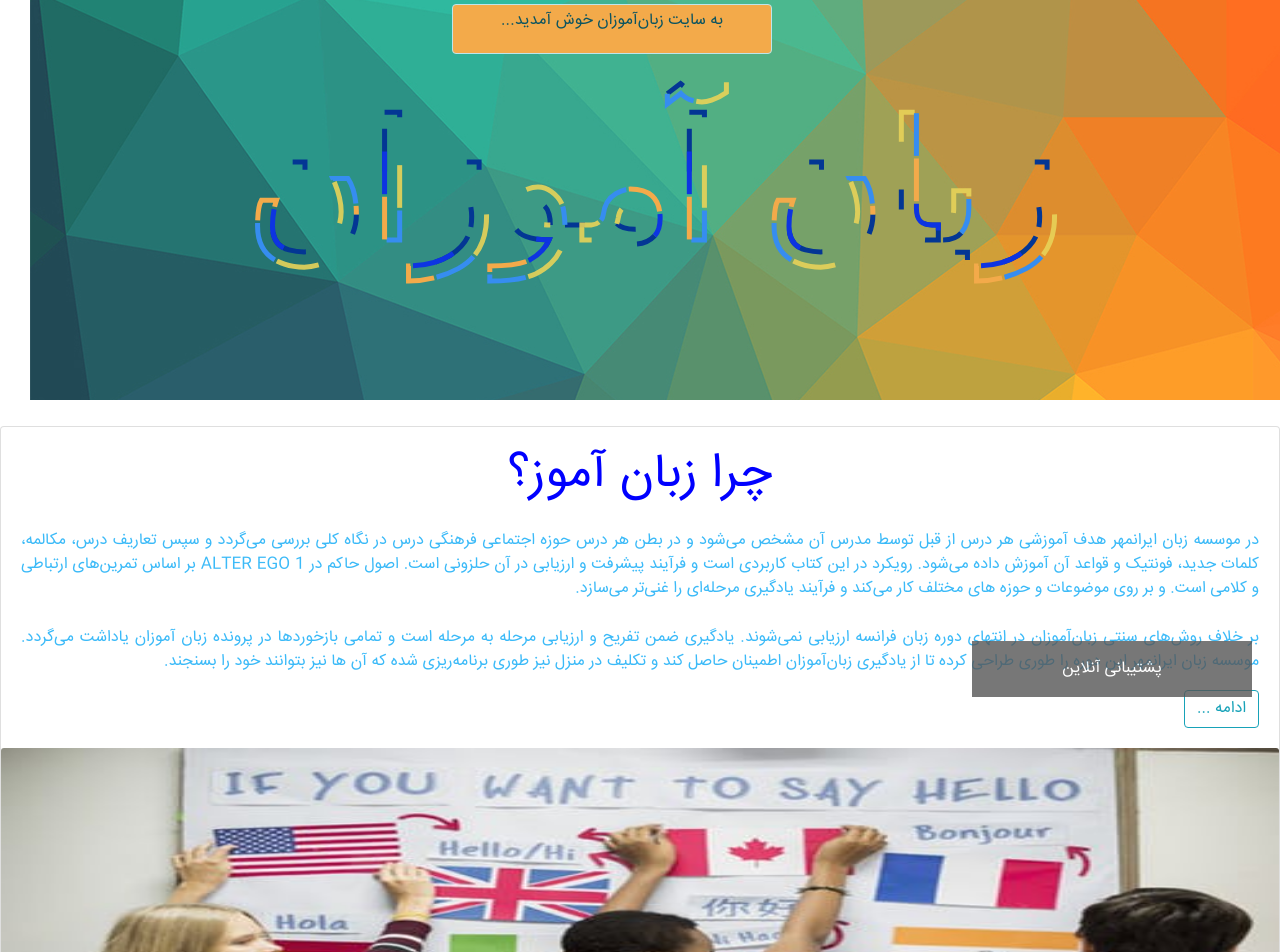
Repository: nikmahla/ZabanAmozan
Page: LanguageWebSite.html
These files come from the project's save history. The page is drawn as it stood at one moment and after a run of saves; the edit follows.
The browser window is 1280 px wide. The pictures show the part of the page from y = 0 to 952 px (the page is 3961 px tall).
A picture or video elsewhere on the page could not be fetched, so the positions and the page height are approximate.

Above is the page before, as saved 2019-10-11 22:14:35.
Console error: TypeError: $(...).mouseenterick is not a function

### LanguageWebSite.html
<html lang="en">

<head>
    <meta charset="UTF-8">
    <meta name="viewport" content="width=device-width, initial-scale=1.0">
    <meta http-equiv="X-UA-Compatible" content="ie=edge">
    <link rel="stylesheet" href="css/bootstrap.css">
    <link rel="stylesheet" href="css/stylesheet.css">
    <link rel="shortcut icon" href="images/fav.jpg" title="favicon">
    <script src="jquery.min.js"></script>
    <title>Learn New Language</title>
</head>

<body class="container-fluid">

    <div class="row bg-image">
        <svg viewBox="0 0 960 300">
            <symbol id="s-text">
                <text text-anchor="middle" x="50%" y="80%"> زبان آموزان</text>
            </symbol>

            <g class="g-ants">
                <use xlink:href="#s-text" class="text-copy"></use>
                <use xlink:href="#s-text" class="text-copy"></use>
                <use xlink:href="#s-text" class="text-copy"></use>
                <use xlink:href="#s-text" class="text-copy"></use>
                <use xlink:href="#s-text" class="text-copy"></use>
            </g>
        </svg>
    </div>

    <div id="alert" class="alert alert-info p-1 m-1">
        <p class="text-center">به سایت زبان‌آموزان خوش آمدید...</p>
    </div>

    <div class="row">
        <div class="card  " style="margin-top: 2%">
            <div class="card-body">
                <h5 class="card-title card-title-me"> چرا زبان آموز؟ </h5>
                <p class="card-body-me">در موسسه زبان ایرانمهر هدف آموزشی هر درس از قبل توسط مدرس آن مشخص می‌شود و در
                    بطن هر
                    درس حوزه اجتماعی فرهنگی درس در نگاه کلی بررسی می‌گردد و سپس تعاریف درس، مکالمه، کلمات جدید، فونتیک و
                    قواعد آن آموزش داده می‌شود. رویکرد در این کتاب کاربردی است و فرآیند پیشرفت و ارزیابی در آن حلزونی
                    است.
                    اصول حاکم در ALTER EGO 1 بر اساس تمرین‌های ارتباطی و کلامی است. و بر روی موضوعات و حوزه های مختلف
                    کار
                    می‌کند و فرآیند یادگیری مرحله‌‌ای را غنی‌تر می‌سازد.</p>
                <p class="card-body-me">
                    بر خلاف روش‌های سنتی زبان‌آموزان در انتهای دوره زبان فرانسه ارزیابی نمی‌شوند. یادگیری ضمن تفریح و
                    ارزیابی مرحله به مرحله است و تمامی بازخوردها در پرونده زبان آموزان یاداشت می‌گردد. موسسه زبان
                    ایرانمهر
                    این دوره را طوری طراحی کرده تا از یادگیری زبان‌آموزان اطمینان حاصل کند و تکلیف در منزل نیز طوری
                    برنامه‌ریزی شده که آن ها نیز بتوانند خود را بسنجند.
                </p>
                <button type="button" class="btn btn-outline-info">ادامه ...</button>

            </div>
            <img src="./images/fl031.jpg" class="card-img-top card-img" alt="">
        </div>
    </div>


    <div class="row ">
        <div class="col-md-6">
            <div class="videoplay ">
                <video class="img-fluid" autoplay="" loop="" playsinline="" muted="">
                    <source type="video/mp4" src="images/class03.mp4">
                </video>
            </div>
        </div>
        <div class="col-md-6 ">
            <h3 class="text-class">
                1.زمان مد نظرتو انتخاب کن
            </h3>
        </div>
    </div>

    <div class="row ">
        <div class="col-md-6 ">
            <h3 class="text-class">
                2.کلاستو انتخاب کن
            </h3>
        </div>
        <div class="col-md-6">
            <div class="videoplay ">
                <video class="img-fluid" autoplay="" loop="" playsinline="" muted="">
                    <source type="video/mp4" src="images/class031.mp4">
                </video>
            </div>
        </div>
    </div>

    <div class="row ">
        <div class="col-md-6">
            <div class="videoplay ">
                <video class="img-fluid" autoplay="" loop="" playsinline="" muted="">
                    <source type="video/mp4" src="images/class033.mp4">
                </video>
            </div>
        </div>
        <div class="col-md-6 ">
            <h3 class="text-class">
                3. برو کلاس
            </h3>
        </div>
    </div>

    <div class="row" style="margin-top:2% ">
        <div class="card card-box" style="width:30%">
            <img class="card-img-top" src="./images/cl8.jpg" alt="Card image">
            <div class="card-body">
                <h4 class="card-title">دوره های آموزش زبان فرانسه متوسطه بزرگسالان</h4>
                <p class="card-text">دوره های فشرده نیمه گروهی ( 6 تا 8 نفره )</p>
                <a href="#" class="btn btn-primary">مشاهده</a>
            </div>
        </div>

        <div class="card card-box" style="width:30%">
            <img class="card-img-top" src="./images/cl9.jpg" alt="Card image">
            <div class="card-body">
                <h4 class="card-title">دوره آموزش زبان فرانسه پیش متوسطه کودکان</h4>
                <p class="card-text">دوره زبان فرانسه پیش متوسطه کودکان (+A2)</p>
                <a href="#" class="btn btn-primary">مشاهده</a>
            </div>
        </div>

        <div class="card card-box" style="width:30%">
            <img class="card-img-top" src="./images/cl10.jpg" alt="Card image">
            <div class="card-body">
                <h4 class="card-title">دوره زبان فرانسه پیشرفته بزرگسالان</h4>
                <p class="card-text">دوره زبان فرانسه پیش متوسطه</p>
                <a href="#" class="btn btn-primary">مشاهده</a>
            </div>
        </div>
    </div>



    <div class="row bg">
        <h3 class="h1-list" data-shadow='dang!'>کلاسهای پاییز</h3>
    </div>



    <table class="table table-hover table-me">
        <thead>
            <tr>
                <th scope="col">#</th>
                <th scope="col">روزهای هفته</th>
                <th scope="col">کلاس</th>
                <th scope="col">استاد</th>
                <th> انتخاب</th>
            </tr>
        </thead>
        <tbody>
            <tr>
                <th scope="row">1</th>
                <td>شنبه</td>
                <td>زبان فرانسه</td>
                <td>دکتر رضایی</td>
                <td>
                    <button type="button" class="btn btn-outline-warning">مشاهده</button>
                </td>


            </tr>
            <tr>
                <th scope="row">2</th>
                <td>یکشنبه</td>
                <td>زبان فرانسه</td>
                <td>دکتر رضایی</td>
                <td>
                    <button type="button" class="btn btn-outline-warning">مشاهده</button>
                </td>

            </tr>
            <tr>
                <th scope="row">3</th>
                <td>دوشنبه</td>
                <td>زبان فرانسه</td>
                <td>دکتر رضایی</td>
                <td>
                    <button type="button" class="btn btn-outline-warning">مشاهده</button>
                </td>

            </tr>
            <tr>
                <th scope="row">4</th>
                <td>سه شنبه</td>
                <td>زبان فرانسه</td>
                <td>دکتر رضایی</td>
                <td>
                    <button type="button" class="btn btn-outline-warning">مشاهده</button>
                </td>
            </tr>
            <tr>
                <th scope="row">5</th>
                <td>چهارشنبه</td>
                <td>زبان فرانسه</td>
                <td>دکتر رضایی</td>
                <td>
                    <button type="button" class="btn btn-outline-warning">مشاهده</button>
                </td>
            </tr>
            <tr>
                <th scope="row">6</th>
                <td>پنجشنبه</td>
                <td>زبان فرانسه</td>
                <td>دکتر رضایی</td>
                <td>
                    <button type="button" class="btn btn-outline-warning">مشاهده</button>
                </td>

            </tr>
            <tr>
                <th scope="row">7</th>
                <td>جمعه</td>
                <td>زبان فرانسه</td>
                <td>دکتر رضایی</td>
                <td>
                    <button type="button" class="btn btn-outline-warning">مشاهده</button>
                </td>

            </tr>
        </tbody>
    </table>


    <button class="open-button" onclick="openForm()">پشتیبانی آنلاین</button>

    <div class="chat-popup" id="myForm">
        <form action="/action_page.php" class="form-container">
            <h5 class="text-right"> پشتیبانی زبان‌آموزان </h5>

            <label for="msg"><b> در خدمت شماست:</b></label>
            <textarea placeholder="متن ارسالی ..." name="msg" required></textarea>

            <button type="submit" class="btn">ارسال</button>
            <button type="button" class="btn cancel" onclick="closeForm()">بستن</button>
        </form>
    </div>



    <footer class="footer container-fluid">
        <div class="footer-middle">
            <div class="">
                <div class="row">
                    <div class="col-md-6 col-sm-6  ">

                        <div class="footer-pad">
                            <h4>راه های ارتباطی</h4>
                            <ul class="list-unstyled">
                                <li><a href="#"></a></li>
                                <li><a href="#">شماره تماس</a></li>
                                <li><a href="#">مشاوره حضوری</a></li>
                                <li><a href="#">ادرس ایمیل</a></li>
                                <li><a href="#">شبکه اجتماعی</a></li>

                            </ul>
                        </div>
                    </div>


                    <div class="col-md-6 col-sm-6 ">

                        <div class="footer-pad">
                            <h4> خواندیها برای شما</h4>
                            <ul class="list-unstyled">
                                <li><a href="#"> معرفی دیشکنری </a></li>
                                <li><a href="#">معرفی فیلم</a></li>
                                <li><a href="#">معرفی نرم افزار</a></li>
                                <li><a href="#">معرفی داستان</a></li>
                                <li><a href="#">معرفی سایت</a></li>
                                <li>
                                    <a href="#"></a>
                                </li>
                            </ul>
                        </div>
                    </div>

                </div>
                <div class="row">
                    <div class="col-md-12 copy">
                        <p class="text-center">&copy; حقوق مادی و معنوی سایت محفوظ است.</p>
                    </div>
                </div>


            </div>
        </div>
    </footer>

    <script>
        function openForm() {
            document.getElementById("myForm").style.display = "block";
        }

        function closeForm() {
            document.getElementById("myForm").style.display = "none";
        }
        $(document).ready(function () {
            setTimeout(function () {
                $('#alert').slideDown('slow');
            }, 1500);
        })
        $(document).ready(function () {
            setTimeout(function () {
                $('#alert').slideDown('slow');
            }, 1500);
        })
        $(document).ready(function () {
            $('#alert').mouseenterick(function () {
                $(this).hide();
            });
        });

        //document.querySelector('#alert').style.visibility=hidden;
    </script>

</body>

</html>

### css/stylesheet.css
@font-face {
    font-family: 'iransans';
    src: url('../fonts/iransans_medium.woff2') format('woff2');
    font-weight: bold;
}

@font-face {
    font-family: 'iransans';
    src: url('../fonts/iransans_regular.woff2') format('woff2');
    font-weight: normal;
}

@font-face {
    font-family: 'iransans';
    src: url('../fonts/iransans_ultralight.woff2') format('woff2');
    font-weight: 200;
}

body {
    direction: rtl;
    text-align: right;
    margin: 0;
    font-family: 'iransans', tahoma;
}

* {
    box-sizing: border-box;
}

.videoplay {
    margin-top: 20%;
    min-width: 100%;
    min-height: 100%;
}

.text-class {
    margin-top: 45% !important;
    text-align: center;
    color: #3bbaf8
}

.bg-image {
    background-image: url('../images/bgh.png');
    height: 25rem;
    width: 100%;
}

.header-text {
    background: #8383e2;
}

.card-text {
    text-align: center;
    color: #115374;
    margin-top: 2%;
}

.card-btn {
    margin-top: 2%;
    color: blue;
}

.card-box {
    margin: 1%;
    padding: 1%;
    text-align: center;
}

.card-title-me {
    text-align: center;
    color: blue;
    font-size: 3rem;
}

.card-body-me {
    color: #3bbaf8;
    margin-top: 2%;
    text-align: justify;
}

.card-img {
    height: 25rem;
}

svg {
    display: block;
    font: 10.5em 'Montserrat';
    width: 960px;
    height: 300px;
    margin: 0 auto;
}

.text-copy {
    fill: none;
    stroke: white;
    stroke-dasharray: 6% 29%;
    stroke-width: 5px;
    stroke-dashoffset: 0%;
    animation: stroke-offset 5.5s infinite linear;
}

.text-copy:nth-child(1) {
    stroke: rgb(3, 54, 148);
    animation-delay: -1;
}

.text-copy:nth-child(2) {
    stroke: #e7d258e7;
    animation-delay: -2s;
}

.text-copy:nth-child(3) {
    stroke: rgb(54, 141, 240);
    animation-delay: -3s;
}

.text-copy:nth-child(4) {
    stroke: rgb(243, 170, 74);
    animation-delay: -4s;
}

.text-copy:nth-child(5) {
    stroke: rgb(13, 52, 226);
    animation-delay: -5s;
}

@keyframes stroke-offset {
    100% {
        stroke-dashoffset: -35%;
    }
}

.bg {
    margin: 2rem 0 2rem 0;
    text-align: center;
    background-color: rgba(243, 93, 33, 0.849);
}

.h1-list {
    margin-right: 20%;
    display: inline-block;
    color: white;
    font-size: 9em;
    text-shadow: .03em .03em 0 rgb(235, 71, 6);
}

.table-me {
    margin: 1rem 0 1rem 0;
    overflow: hidden;
}

.bt-me {
    color: orangered;
}

footer {
    width: 100%;
    background: #16222A;
    background: -webkit-linear-gradient(59deg, #3A6073, #16222A);
    background: linear-gradient(59deg, #3A6073, #16222A);
    color: white;
    margin-top: 100px;
    text-align: center;
}

footer a {
    color: #fff;
    font-size: 14px;
    transition-duration: 0.2s;
    display: inline-block;
}

footer a:hover {
    color: #FA944B;
    text-decoration: none;
}

.copy {
    font-size: 12px;
    padding: 10px;
    border-top: 1px solid #FFFFFF;
}

.footer-middle {
    padding-top: 2em;
    color: white;
}

.open-button {
    background-color: #555;
    color: white;
    padding: 16px 20px;
    border: none;
    cursor: pointer;
    opacity: 0.8;
    position: fixed;
    bottom: 23px;
    right: 28px;
    width: 280px;
}

/* The popup chat - hidden by default */

.chat-popup {
    display: none;
    position: fixed;
    bottom: 0;
    right: 15px;
    border: 3px solid #f1f1f1;
    z-index: 9;
}

/* Add styles to the form container */

.form-container {
    max-width: 300px;
    padding: 10px;
    background-color: white;
}

/* Full-width textarea */

.form-container textarea {
    width: 100%;
    padding: 15px;
    margin: 5px 0 22px 0;
    border: none;
    background: #f1f1f1;
    resize: none;
    min-height: 200px;
}

/* When the textarea gets focus, do something */

.form-container textarea:focus {
    background-color: #ddd;
    outline: none;
}

/* Set a style for the submit/send button */

.form-container .btn {
    background-color: #4CAF50;
    color: white;
    padding: 16px 20px;
    border: none;
    cursor: pointer;
    width: 100%;
    margin-bottom: 10px;
    opacity: 0.8;
}

/* Add a red background color to the cancel button */

.form-container .cancel {
    background-color: red;
}

/* Add some hover effects to buttons */

.form-container .btn:hover, .open-button:hover {
    opacity: 1;
}

#alert {
    position: fixed;
    top: 0;
    left: 35%;
    width: 25%;
    display: none;
    background-color: rgb(243, 170, 74);
    visibility:visible ;
}

Loaded but not shown: css/bootstrap.css (library); node_modules/jquery/dist/jquery.min.js (library)

After the next 2 saves:
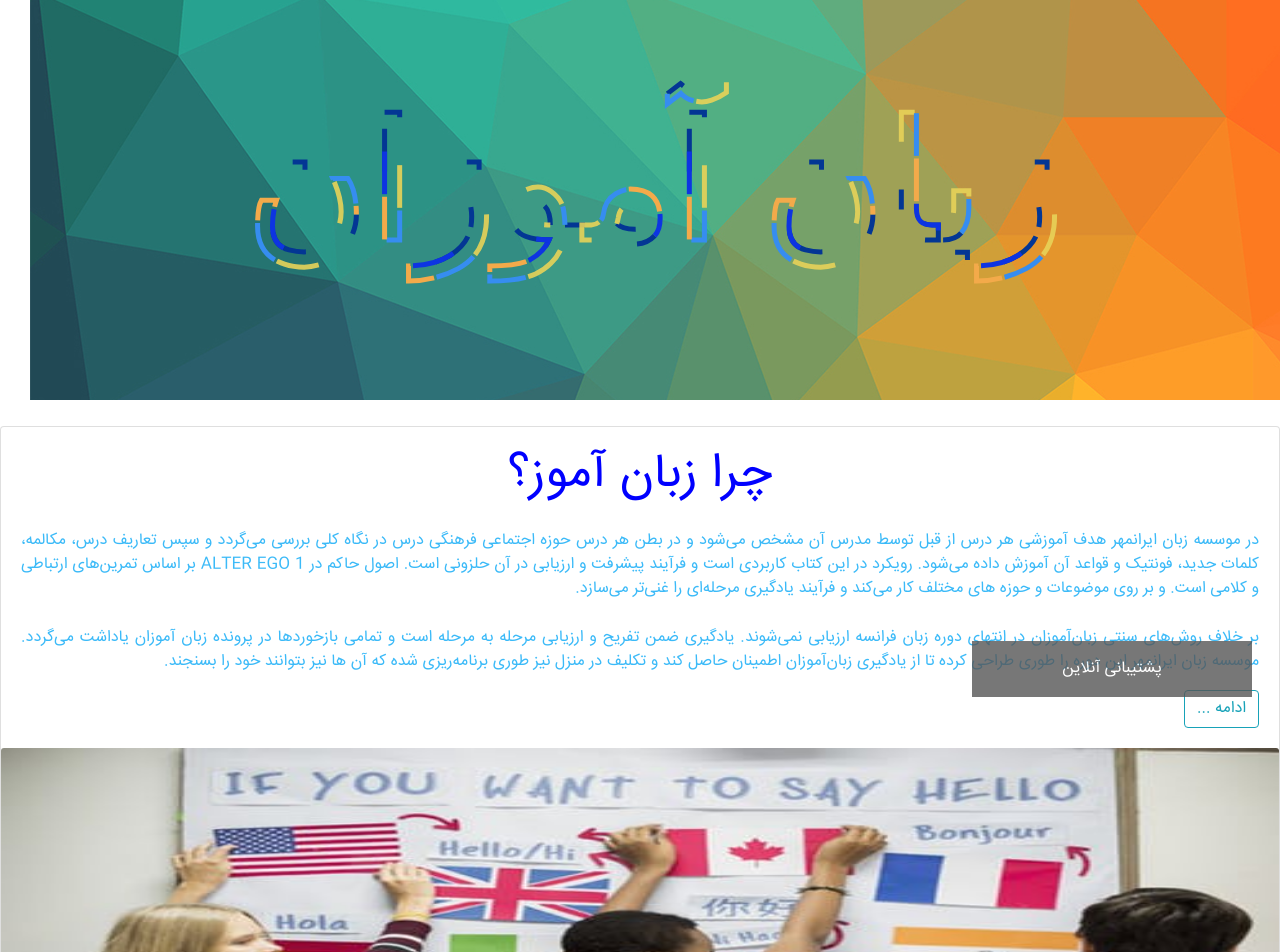
The 2 saves are shown as one change because they came seconds apart.
The last was saved 12 s later.
--- a/LanguageWebSite.html
+++ b/LanguageWebSite.html
@@ -306,7 +306,7 @@
         })
         $(document).ready(function () {
             setTimeout(function () {
-                $('#alert').slideDown('slow');
+                $('#alert').hide('slow');
             }, 1500);
         })
         $(document).ready(function () {

After the 4 saves that followed:
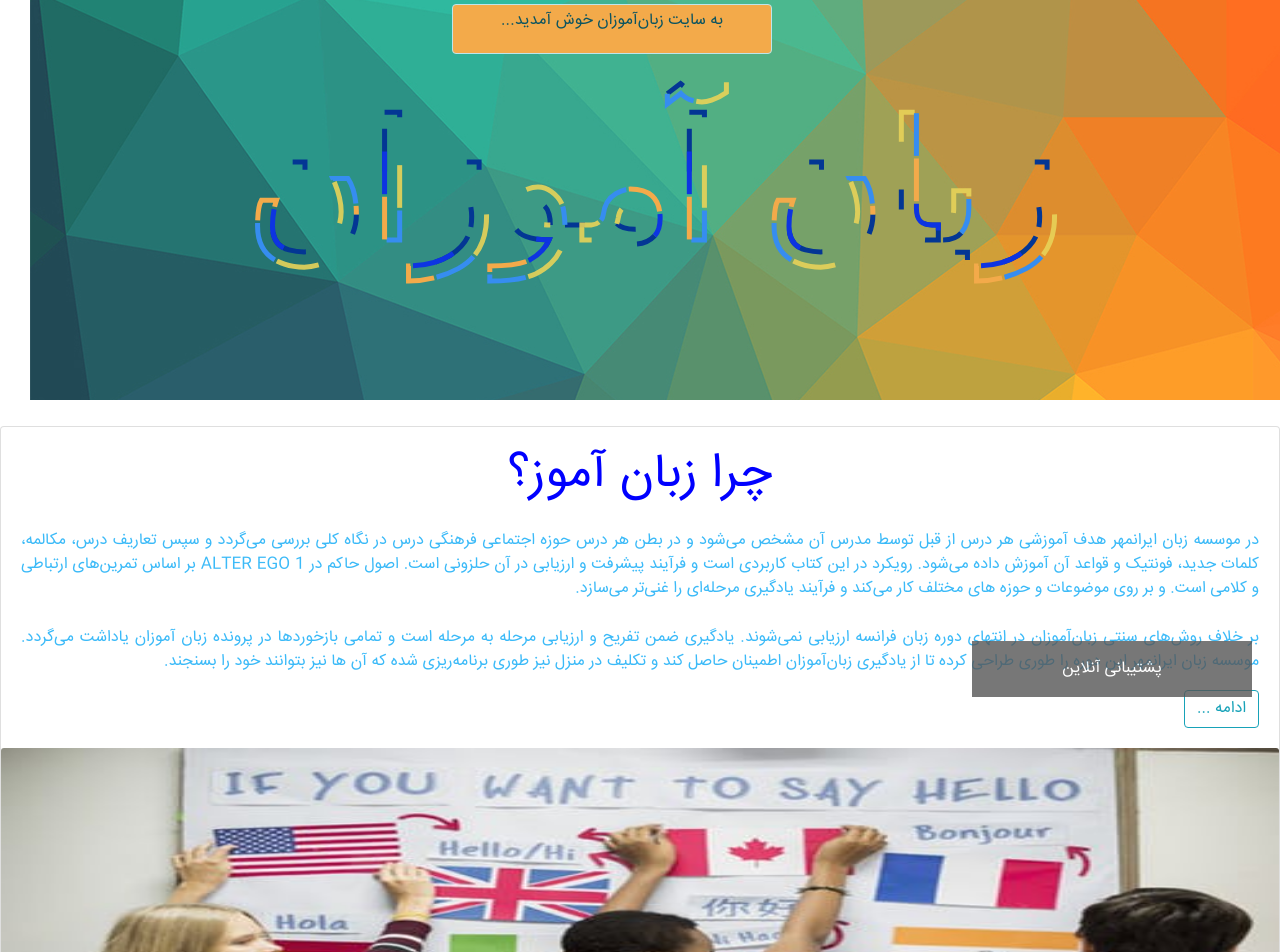
The 4 saves are shown as one change because 2 left the picture as it was and some came seconds apart.
The last was saved 39 s later.
--- a/LanguageWebSite.html
+++ b/LanguageWebSite.html
@@ -306,8 +306,8 @@
         })
         $(document).ready(function () {
             setTimeout(function () {
-                $('#alert').hide('slow');
-            }, 1500);
+                $('#alert').hide();
+            }, 6000);
         })
         $(document).ready(function () {
             $('#alert').mouseenterick(function () {
